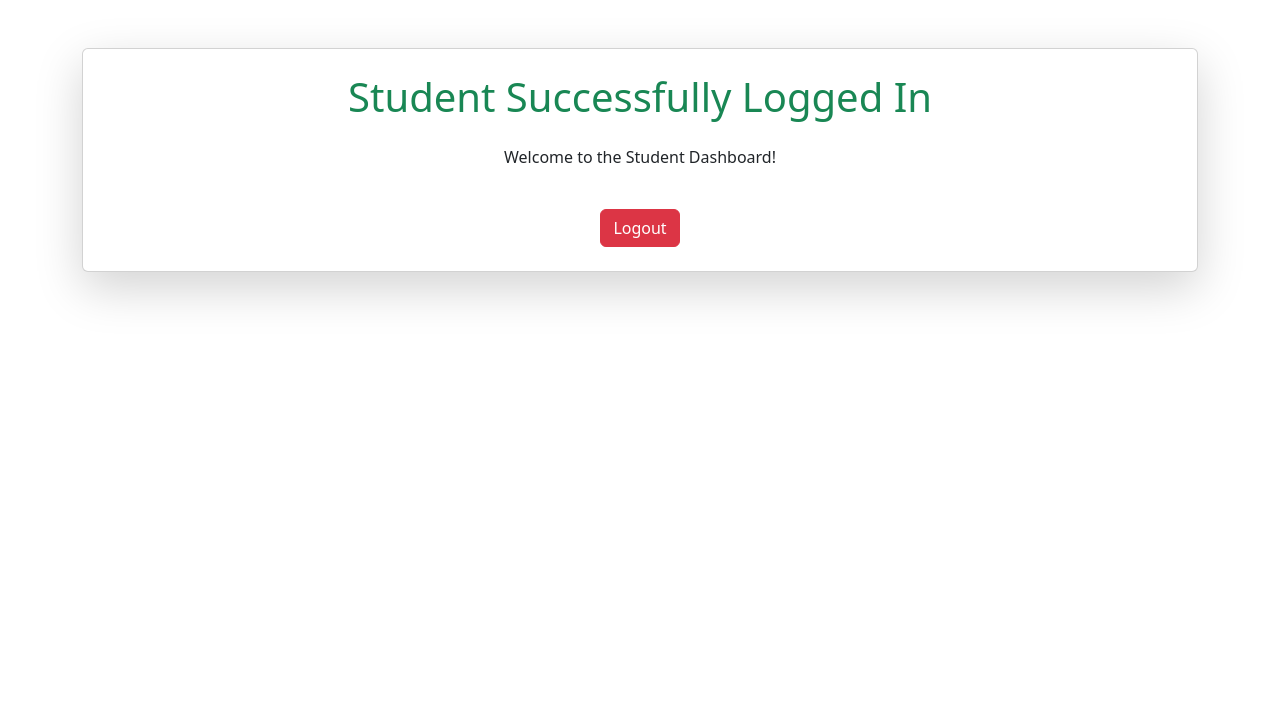
Repository: viraj2623/My_projects
Page: loginandregpr/src/main/webapp/studentwelcome.html
An editor plug-in stored every save of this project. The page is shown before and after the next save, followed by the edit.
The browser window is 1280 px wide. The pictures show the whole page.

Above is the page before, as saved 2025-03-05 08:54:56.

After the next save:
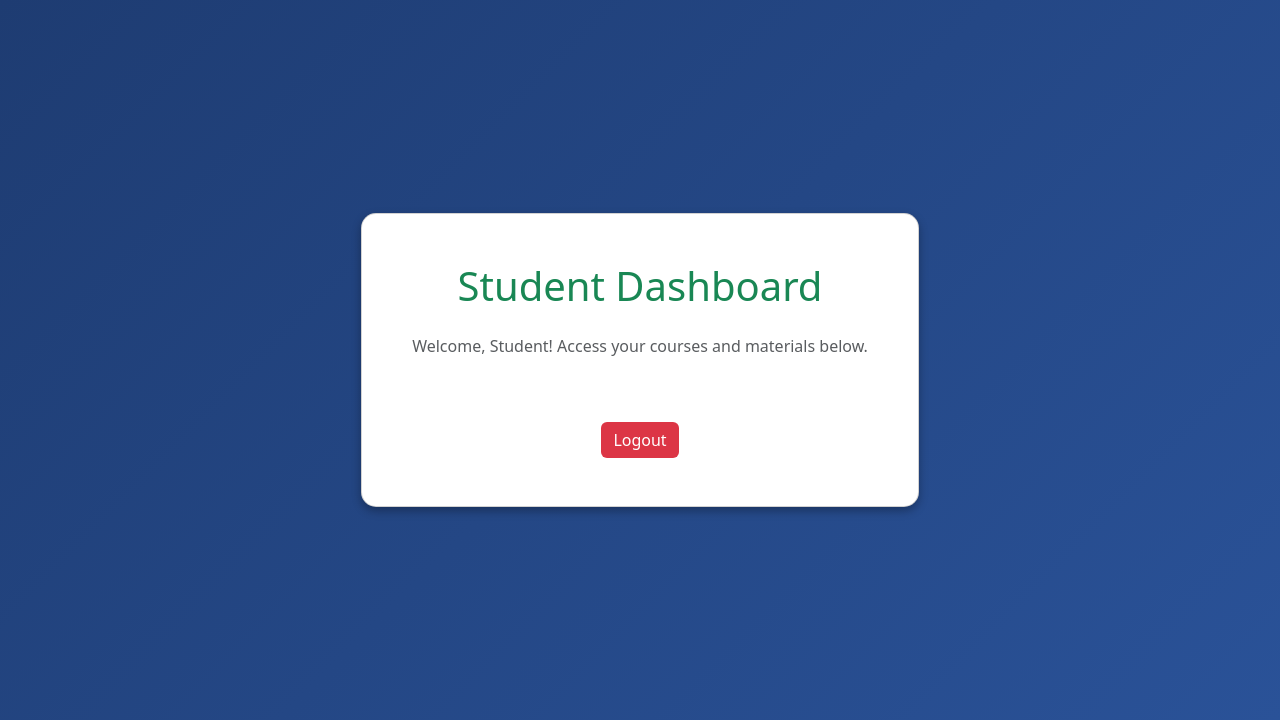
Saved 3 min 6 s later.
--- a/loginandregpr/src/main/webapp/studentwelcome.html
+++ b/loginandregpr/src/main/webapp/studentwelcome.html
@@ -5,15 +5,49 @@
     <meta name="viewport" content="width=device-width, initial-scale=1.0">
     <title>Student Dashboard</title>
     <link rel="stylesheet" href="https://cdnjs.cloudflare.com/ajax/libs/bootstrap/5.3.0/css/bootstrap.min.css">
+    <style>
+        body {
+            background: linear-gradient(135deg, #1e3c72, #2a5298);
+            height: 100vh;
+            display: flex;
+            align-items: center;
+            justify-content: center;
+        }
+        .card {
+            border-radius: 15px;
+            box-shadow: 0px 4px 10px rgba(0, 0, 0, 0.3);
+            background: #fff;
+        }
+        .btn-danger {
+            background: #dc3545;
+            border: none;
+            transition: 0.3s;
+        }
+        .btn-danger:hover {
+            background: #c82333;
+        }
+        .btn-primary {
+            background: #007bff;
+            border: none;
+            transition: 0.3s;
+        }
+        .btn-primary:hover {
+            background: #0056b3;
+        }
+    </style>
 </head>
 <body>
-    <div class="container mt-5 text-center">
-        <div class="card shadow-lg p-4">
-            <h1 class="text-success">Student Successfully Logged In</h1>
-            <p class="mt-3">Welcome to the Student Dashboard!</p>
-            <div class="mt-4">
+    <div class="container text-center">
+        <div class="col-md-6 mx-auto">
+            <div class="card p-5">
+                <h1 class="text-success">Student Dashboard</h1>
+                <p class="mt-3 text-muted">Welcome, Student! Access your courses and materials below.</p>
+                <div class="mt-4 d-flex justify-content-center gap-3">
 
-                <a href="login.html" class="btn btn-danger">Logout</a>
+                </div>
+                <div class="mt-4">
+                    <a href="login.html" class="btn btn-danger">Logout</a>
+                </div>
             </div>
         </div>
     </div>
